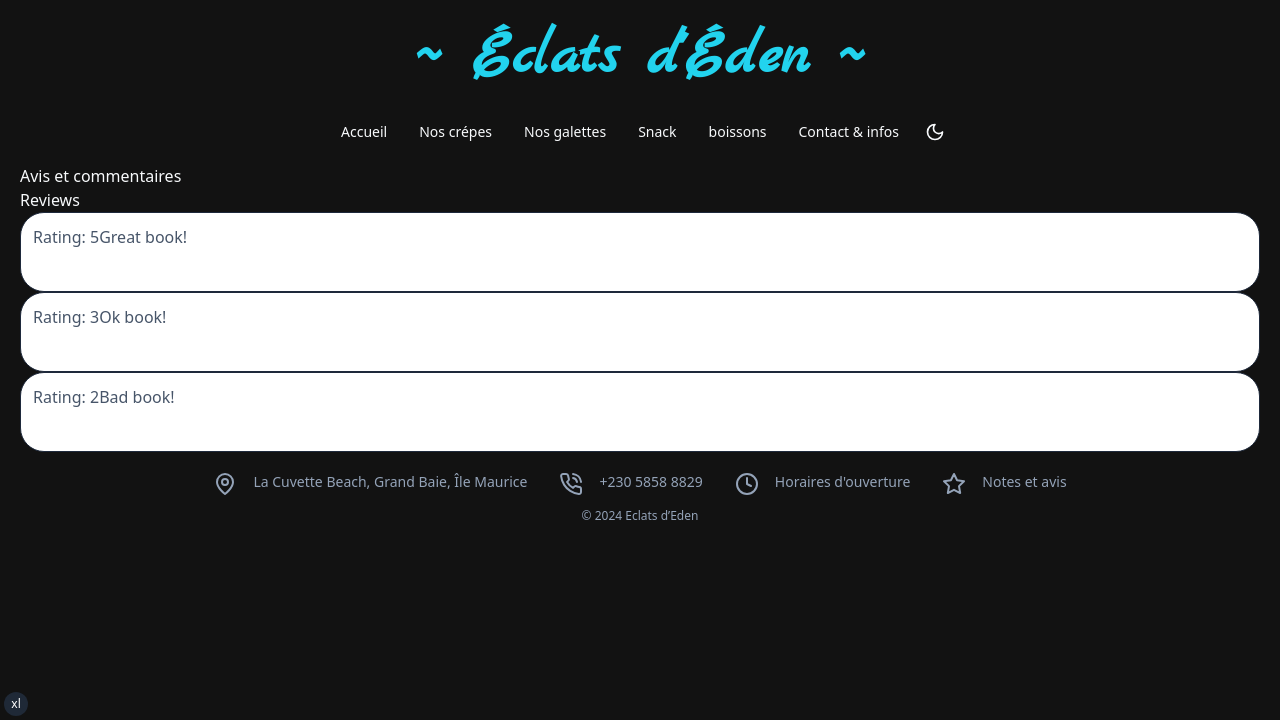
Repository: jeffMauritius/eclats-deden
Page: /reviews
These files come from the project's save history. The page is drawn as it stood at one moment and after the next save; the edit follows.
The browser window is 1280 px wide. The pictures show the whole page.
The project was rebuilt for these pictures with package versions that can differ from the ones it lists, and the page was loaded fresh each time. The framework's server and built-in components were replaced by stand-ins that run in the browser. Also part of the build but not shown: next.config.mjs.

Above is the page before, as saved 2024-08-13 12:37:08.

### app/layout.tsx
// app/layout.
import { Header } from "@/components/layout/Header"
import { TailwindIndicator } from "@/components/TailwindIndicator"
import { SiteConfig } from "@/lib/config"
import { cn } from "@/lib/utils"
import type { Metadata } from "next"
import { Inter, Marck_Script } from "next/font/google"
import { PropsWithChildren } from "react"
import { Providers } from "./Providers"
import "./globals.css"
import { Title } from "@/components/layout/Title"
import { Footer } from "@/components/layout/Footer"

const fontSans = Inter({ subsets: ["latin"], variable: "--font-sans" })
const fontDisplay = Marck_Script({
  subsets: ["latin"],
  variable: "--font-display",
  weight: "400",
})

export const metadata: Metadata = {
  title: SiteConfig.title,
  description: SiteConfig.description,
}

export default function RootLayout({ children }: PropsWithChildren) {
  return (
    <html lang="en" className="h-full" suppressHydrationWarning>
      <head />
      <body
        className={cn(
          `flex flex-col h-screen bg-background font-sans antialiased p-5`,
          fontSans.variable,
          fontDisplay.variable,
        )}
      >
        <Providers>
          <div className="relative flex flex-col">
            <Title title="Éclats d'Éden" />
            <div>
              <Header />
            </div>
            {children}
            <div className="mt-5 md:col-span-3">
              <Footer />
            </div>
          </div>
          <TailwindIndicator />
        </Providers>
      </body>
    </html>
  )
}

### app/reviews/page.tsx
import ReviewsList from "@/components/ReviewsList"

const ReviewsPage = () => {
  return (
    <div>
      <h1>Avis et commentaires</h1>
      <ReviewsList />
    </div>
  )
}

export default ReviewsPage

### src/components/layout/Header.tsx
"use client"

import { ThemeToggle } from "../ThemeToggle"
import NavigationMenuComponent from "./NavigationMenu"

export function Header() {
  return (
    <header className=" z-30 w-full">
      <div className=" container flex  flex-col  items-center space-x-4 pt-3 sm:justify-between sm:space-x-0">
        <div className="flex flex-auto justify-center py-3">
          <NavigationMenuComponent />
          <ThemeToggle />
        </div>
      </div>
    </header>
  )
}

### src/lib/config.ts
export const SiteConfig = {
  title: "Camille snack",
  description: "La Cuvette Beach, Grand Baie, Île Maurice",
} as const

### app/Providers.tsx
"use client"

import { SessionProvider } from "next-auth/react"
import { ThemeProvider } from "next-themes"
import { PropsWithChildren } from "react"
import { Toaster } from "react-hot-toast"

export const Providers = ({ children }: PropsWithChildren) => {
  return (
    <>
      <ThemeProvider attribute="class" defaultTheme="dark" enableSystem>
        <Toaster />
        <SessionProvider>{children}</SessionProvider>
      </ThemeProvider>
    </>
  )
}

### app/globals.css
@tailwind base;
  @tailwind components;
  @tailwind utilities;

  @layer base {
    :root {
      --background: 0 0% 100%;
      --foreground: 222.2 84% 4.9%;

      --card: 0 0% 100%;
      --card-foreground: 222.2 84% 4.9%;

      --popover: 0 0% 100%;
      --popover-foreground: 222.2 84% 4.9%;

      --primary: 222.2 47.4% 11.2%;
      --primary-foreground: 210 40% 98%;

      --secondary: 210 40% 96.1%;
      --secondary-foreground: 222.2 47.4% 11.2%;

      --muted: 210 40% 96.1%;
      --muted-foreground: 215.4 16.3% 46.9%;

      --accent: 210 40% 96.1%;
      --accent-foreground: 222.2 47.4% 11.2%;

      --destructive: 0 84.2% 60.2%;
      --destructive-foreground: 210 40% 98%;

      --border: 214.3 31.8% 91.4%;
      --input: 214.3 31.8% 91.4%;
      --ring: 222.2 84% 4.9%;

      --radius: 0.5rem;
    }

    .dark {
      --background: rgb(10, 11, 10);
      --foreground: 210 40% 98%;

      --card: rgb(10, 11, 10);
      --card-foreground: 210 40% 98%;

      --popover: 222.2 84% 4.9%;
      --popover-foreground: 210 40% 98%;

      --primary: 210 40% 98%;
      --primary-foreground: 222.2 47.4% 11.2%;

      --secondary: 217.2 32.6% 17.5%;
      --secondary-foreground: 210 40% 98%;

      --muted: 217.2 32.6% 17.5%;
      --muted-foreground: 215 20.2% 65.1%;

      --accent: 217.2 32.6% 17.5%;
      --accent-foreground: 210 40% 98%;

      --destructive: 0 62.8% 30.6%;
      --destructive-foreground: 210 40% 98%;

      --border: 217.2 32.6% 17.5%;
      --input: 217.2 32.6% 17.5%;
      --ring: 212.7 26.8% 83.9%;
    }
  }

  @layer base {
    * {
      @apply border-border;
    }
    @font-face {
      font-family: 'Marck Script';
      font-style: normal;
      font-weight: 400;
      font-display: swap;
      src: url(/fonts/MarckScript-Regular.ttf) format('ttf');
    }
    body {
      @apply bg-background text-foreground;
    }
  }

### src/components/layout/Title.tsx
interface TitleProps {
  title: string
}

export function Title({ title }: TitleProps) {
  return (
    <div className="flex flex-auto justify-center ">
      <h1
        className={`pt-2 font-display text-4xl font-bold text-cyan-400 md:text-6xl`}
      >
        {" "}
        {`~ ${title} ~`}
      </h1>
    </div>
  )
}

### src/components/layout/Footer.tsx
import Link from "next/link"
import { Typography } from "../ui/typography"
import { MapPin } from "lucide-react"
import { PhoneCall } from "lucide-react"
import { Clock } from "lucide-react"
import { Star } from "lucide-react"

export const Footer = () => {
  return (
    <footer className="w-6/8 z-40 border-card bg-background">
      <div className="m-auto w-full max-w-4xl px-2 ">
        <div className="flex w-full items-center justify-center">
          <div className="flex gap-8 text-sm text-muted-foreground">
            <Link className="flex hover:underline md:gap-4" href="/location">
              <MapPin />
              <p className="hidden md:block">
                La Cuvette Beach, Grand Baie, Île Maurice
              </p>
            </Link>
            <Link className="flex hover:underline md:gap-4" href="/legal/cgv">
              <PhoneCall />
              <p className="hidden md:block">+230 5858 8829</p>
            </Link>
            <Link className="flex hover:underline md:gap-4" href="/schedule">
              <Clock />
              <p className="hidden md:block">{`Horaires d'ouverture`}</p>
            </Link>
            <Link className="flex hover:underline md:gap-4" href="/reviews">
              <Star />
              <p className="hidden md:block">Notes et avis</p>
            </Link>
          </div>
        </div>
        <div className="flex w-full items-center justify-center py-3">
          <Typography variant="base" className="text-xs text-muted-foreground">
            &copy; {new Date().getFullYear()} Eclats d&rsquo;Eden
          </Typography>
        </div>
      </div>
    </footer>
  )
}

### src/components/ReviewsList.tsx
import ReviewItem from "./ReviewItem"
const reviews = [
  { id: 1, rating: 5, content: "Great book!" },
  { id: 2, rating: 3, content: "Ok book!" },
  { id: 3, rating: 2, content: "Bad book!" },
]

const ReviewsList = () => {
  return (
    <div>
      <h1>Reviews</h1>
      {reviews.map(review => (
        <ReviewItem key={review.id} review={review} />
      ))}
    </div>
  )
}
export default ReviewsList

### src/components/ThemeToggle.tsx
"use client"

import { Button } from "@/components/ui/button"
import { Moon, Sun } from "lucide-react"
import { useTheme } from "next-themes"

export function ThemeToggle() {
  const { setTheme, theme } = useTheme()

  return (
    <Button
      variant="ghost"
      size="icon"
      onClick={() => setTheme(theme === "light" ? "dark" : "light")}
    >
      <Sun className="h-6 w-[1.3rem] dark:hidden" />
      <Moon className="hidden size-5 dark:block" />
      <span className="sr-only">Toggle theme</span>
    </Button>
  )
}

### src/components/layout/NavigationMenu.tsx
"use client"

import {
  NavigationMenu,
  NavigationMenuLink,
  navigationMenuTriggerStyle,
} from "@/components/ui/navigation-menu"
import { navigationData } from "./navigationData"
import { useClientMediaQuery } from "@/lib/isMobileDevice"

const NavigationMenuComponent = () => {
  const isMobile = useClientMediaQuery("(max-width: 600px)")
  return (
    <NavigationMenu>
      {!isMobile &&
        navigationData.map((item, index) => (
          <NavigationMenuLink
            className={navigationMenuTriggerStyle()}
            key={index}
            href={item.link}
          >
            {item.title}
          </NavigationMenuLink>
        ))}
    </NavigationMenu>
  )
}

export default NavigationMenuComponent

### src/components/ui/typography.tsx
// src/components/ui/Typography.
import { VariantProps, cva } from "class-variance-authority"
import type {
  ComponentPropsWithoutRef,
  ElementType,
  PropsWithChildren,
} from "react"
import { cn } from "../../lib/utils"

type PolymorphicAsProp<E extends ElementType> = {
  as?:
    | E
    | React.ComponentType<Omit<ComponentPropsWithoutRef<E>, "as">>
    | React.FunctionComponent<Omit<ComponentPropsWithoutRef<E>, "as">>
}

type PolymorphicProps<E extends ElementType> = PropsWithChildren<
  Omit<ComponentPropsWithoutRef<E>, "as"> & PolymorphicAsProp<E>
>

const typographyVariants = cva("", {
  variants: {
    variant: {
      h1: "font-caption scroll-m-20 text-4xl font-extrabold tracking-tight lg:text-5xl",
      h2: "font-caption scroll-m-20 border-b pb-2 text-3xl font-semibold tracking-tight transition-colors first:mt-0",
      h3: "font-caption scroll-m-20 text-xl font-semibold tracking-tight",
      p: "leading-7 [&:not(:first-child)]:mt-6",
      base: "",
      quote: "mt-6 border-l-2 pl-6 italic",
      code: "relative rounded bg-muted px-[0.3rem] py-[0.2rem] font-mono text-sm font-semibold",
      lead: "text-xl text-muted-foreground",
      large: "text-lg font-semibold",
      small: "text-sm font-medium leading-none",
      muted: "text-sm text-muted-foreground",
      link: "font-medium text-indigo-500 hover:underline",
    },
  },
  defaultVariants: {
    variant: "base",
  },
})
type TypographyCvaProps = VariantProps<typeof typographyVariants>

const defaultElement = "p"

const defaultElementMapping: Record<
  NonNullable<TypographyCvaProps["variant"]>,
  ElementType
> = {
  h1: "h1",
  h2: "h2",
  h3: "h3",
  p: "p",
  quote: "blockquote" as "p",
  code: "code",
  lead: "p",
  large: "p",
  small: "p",
  muted: "p",
  link: "a",
  base: "p",
} as const

const getDefaultElement = (variant: TypographyCvaProps["variant"]) => {}

export function Typography<E extends ElementType = typeof defaultElement>({
  as,
  children,
  className,
  variant,
  ...restProps
}: PolymorphicProps<E> & TypographyCvaProps) {
  const Component: ElementType =
    as ?? defaultElementMapping[variant ?? "base"] ?? defaultElement

  return (
    <Component
      {...(restProps as ComponentPropsWithoutRef<E>)}
      className={cn(typographyVariants({ variant }), className)}
    >
      {children}
    </Component>
  )
}

### src/components/ReviewItem.tsx
type Review = {
  rating: number
  content: string
}
const ReviewItem = ({ review }: { review: Review }) => {
  return (
    <div className="flex min-h-20 rounded-3xl border bg-white p-3 text-slate-600">
      <h3>Rating: {review.rating}</h3>
      <p>{review.content}</p>
    </div>
  )
}

export default ReviewItem

### src/components/ui/button.tsx
import * as React from "react"
import { Slot } from "@radix-ui/react-slot"
import { cva, type VariantProps } from "class-variance-authority"

import { cn } from "@/lib/utils"

const buttonVariants = cva(
  "inline-flex items-center justify-center whitespace-nowrap rounded-md text-sm font-medium ring-offset-background transition-colors focus-visible:outline-none focus-visible:ring-2 focus-visible:ring-ring focus-visible:ring-offset-2 disabled:pointer-events-none disabled:opacity-50",
  {
    variants: {
      variant: {
        default: "bg-primary text-primary-foreground hover:bg-primary/90",
        destructive:
          "bg-destructive text-destructive-foreground hover:bg-destructive/90",
        outline:
          "border border-input bg-background hover:bg-accent hover:text-accent-foreground",
        secondary:
          "bg-secondary text-secondary-foreground hover:bg-secondary/80",
        ghost: "hover:bg-accent hover:text-accent-foreground",
        link: "text-primary underline-offset-4 hover:underline",
      },
      size: {
        default: "h-10 px-4 py-2",
        sm: "h-9 rounded-md px-3",
        lg: "h-11 rounded-md px-8",
        icon: "size-10",
      },
    },
    defaultVariants: {
      variant: "default",
      size: "default",
    },
  },
)

export interface ButtonProps
  extends React.ButtonHTMLAttributes<HTMLButtonElement>,
    VariantProps<typeof buttonVariants> {
  asChild?: boolean
}

const Button = React.forwardRef<HTMLButtonElement, ButtonProps>(
  ({ className, variant, size, asChild = false, ...props }, ref) => {
    const Comp = asChild ? Slot : "button"
    return (
      <Comp
        className={cn(buttonVariants({ variant, size, className }))}
        ref={ref}
        {...props}
      />
    )
  },
)
Button.displayName = "Button"

export { Button, buttonVariants }

### src/components/ui/navigation-menu.tsx
import * as React from "react"
import * as NavigationMenuPrimitive from "@radix-ui/react-navigation-menu"
import { cva } from "class-variance-authority"
import { ChevronDown } from "lucide-react"

import { cn } from "@/lib/utils"

const NavigationMenu = React.forwardRef<
  React.ElementRef<typeof NavigationMenuPrimitive.Root>,
  React.ComponentPropsWithoutRef<typeof NavigationMenuPrimitive.Root>
>(({ className, children, ...props }, ref) => (
  <NavigationMenuPrimitive.Root
    ref={ref}
    className={cn(
      "relative z-10 flex max-w-max flex-1 items-center justify-center",
      className,
    )}
    {...props}
  >
    {children}
    <NavigationMenuViewport />
  </NavigationMenuPrimitive.Root>
))
NavigationMenu.displayName = NavigationMenuPrimitive.Root.displayName

const NavigationMenuList = React.forwardRef<
  React.ElementRef<typeof NavigationMenuPrimitive.List>,
  React.ComponentPropsWithoutRef<typeof NavigationMenuPrimitive.List>
>(({ className, ...props }, ref) => (
  <NavigationMenuPrimitive.List
    ref={ref}
    className={cn(
      "group flex flex-1 list-none items-center justify-center space-x-1",
      className,
    )}
    {...props}
  />
))
NavigationMenuList.displayName = NavigationMenuPrimitive.List.displayName

const NavigationMenuItem = NavigationMenuPrimitive.Item

const navigationMenuTriggerStyle = cva(
  "group inline-flex h-10 w-max items-center justify-center rounded-md bg-background px-4 py-2 text-sm font-medium transition-colors hover:bg-accent hover:text-accent-foreground focus:bg-accent focus:text-accent-foreground focus:outline-none disabled:pointer-events-none disabled:opacity-50 data-[active]:bg-accent/50 data-[state=open]:bg-accent/50",
)

const NavigationMenuTrigger = React.forwardRef<
  React.ElementRef<typeof NavigationMenuPrimitive.Trigger>,
  React.ComponentPropsWithoutRef<typeof NavigationMenuPrimitive.Trigger>
>(({ className, children, ...props }, ref) => (
  <NavigationMenuPrimitive.Trigger
    ref={ref}
    className={cn(navigationMenuTriggerStyle(), "group", className)}
    {...props}
  >
    {children}{" "}
    <ChevronDown
      className="relative top-px ml-1 size-3 transition duration-200 group-data-[state=open]:rotate-180"
      aria-hidden="true"
    />
  </NavigationMenuPrimitive.Trigger>
))
NavigationMenuTrigger.displayName = NavigationMenuPrimitive.Trigger.displayName

const NavigationMenuContent = React.forwardRef<
  React.ElementRef<typeof NavigationMenuPrimitive.Content>,
  React.ComponentPropsWithoutRef<typeof NavigationMenuPrimitive.Content>
>(({ className, ...props }, ref) => (
  <NavigationMenuPrimitive.Content
    ref={ref}
    className={cn(
      "left-0 top-0 w-full data-[motion^=from-]:animate-in data-[motion^=to-]:animate-out data-[motion^=from-]:fade-in data-[motion^=to-]:fade-out data-[motion=from-end]:slide-in-from-right-52 data-[motion=from-start]:slide-in-from-left-52 data-[motion=to-end]:slide-out-to-right-52 data-[motion=to-start]:slide-out-to-left-52 md:absolute md:w-auto ",
      className,
    )}
    {...props}
  />
))
NavigationMenuContent.displayName = NavigationMenuPrimitive.Content.displayName

const NavigationMenuLink = NavigationMenuPrimitive.Link

const NavigationMenuViewport = React.forwardRef<
  React.ElementRef<typeof NavigationMenuPrimitive.Viewport>,
  React.ComponentPropsWithoutRef<typeof NavigationMenuPrimitive.Viewport>
>(({ className, ...props }, ref) => (
  <div className={cn("absolute left-0 top-full flex justify-center")}>
    <NavigationMenuPrimitive.Viewport
      className={cn(
        "origin-top-center relative mt-1.5 h-[var(--radix-navigation-menu-viewport-height)] w-full overflow-hidden rounded-md border bg-popover text-popover-foreground shadow-lg data-[state=open]:animate-in data-[state=closed]:animate-out data-[state=closed]:zoom-out-95 data-[state=open]:zoom-in-90 md:w-[var(--radix-navigation-menu-viewport-width)]",
        className,
      )}
      ref={ref}
      {...props}
    />
  </div>
))
NavigationMenuViewport.displayName =
  NavigationMenuPrimitive.Viewport.displayName

const NavigationMenuIndicator = React.forwardRef<
  React.ElementRef<typeof NavigationMenuPrimitive.Indicator>,
  React.ComponentPropsWithoutRef<typeof NavigationMenuPrimitive.Indicator>
>(({ className, ...props }, ref) => (
  <NavigationMenuPrimitive.Indicator
    ref={ref}
    className={cn(
      "top-full z-[1] flex h-1.5 items-end justify-center overflow-hidden data-[state=visible]:animate-in data-[state=hidden]:animate-out data-[state=hidden]:fade-out data-[state=visible]:fade-in",
      className,
    )}
    {...props}
  >
    <div className="relative top-[60%] size-2 rotate-45 rounded-tl-sm bg-border shadow-md" />
  </NavigationMenuPrimitive.Indicator>
))
NavigationMenuIndicator.displayName =
  NavigationMenuPrimitive.Indicator.displayName

export {
  navigationMenuTriggerStyle,
  NavigationMenu,
  NavigationMenuList,
  NavigationMenuItem,
  NavigationMenuContent,
  NavigationMenuTrigger,
  NavigationMenuLink,
  NavigationMenuIndicator,
  NavigationMenuViewport,
}

### src/components/layout/navigationData.ts
export const navigationData = [
    {
        title: "Accueil",
        link: "/",
    },
    {
        title: "Nos crépes",
        link: "/crepes",
    },
    {
        title: "Nos galettes",
        link: "/galettes",
    },
    {
        title: "Snack",
        link: "/snack",
    },
    {
        title: "boissons",
        link: "/boissons",
    },
    {
        title: "Contact & infos",
        link: "/location",
    },

]

export const navigationDataMobile = [
    {
        title: "Accueil",
        link: "/",
    },
    {
        title: "Horaires d'ouverture",
        link: "/schedule",
    },
    {
        title: "Contact & infos",
        link: "/location",
    },

]

### src/lib/isMobileDevice.ts
'use client'

import { useEffect, useState } from 'react'

export function useClientMediaQuery(query: string) {
  const [matches, setMatches] = useState(false)

  useEffect(() => {
    const mediaQueryList = window.matchMedia(query)

    const handleMatchChange = (e: MediaQueryListEvent) => {
      setMatches(e.matches)
    }

    mediaQueryList.addEventListener('change', handleMatchChange)
    setMatches(mediaQueryList.matches)

    return () => {
      mediaQueryList.removeEventListener('change', handleMatchChange)
    }
  }, [query])

  return matches
}

### tailwind.config.ts
import type { Config } from "tailwindcss"

const config = {
  darkMode: ["class"],
  content: [
    "./pages/**/*.{ts,tsx}",
    "./components/**/*.{ts,tsx}",
    "./app/**/*.{ts,tsx}",
    "./src/**/*.{ts,tsx}",
  ],
  prefix: "",
  theme: {
    container: {
      center: true,
      padding: "2rem",
      screens: {
        "2xl": "1400px",
      },
    },
    fontFamily: {
      'display': ['"Marck Script"', 'cursive'],
      'body': ['"Open Sans"', 'sans-serif'],
    },
    extend: {
      colors: {
        border: "hsl(var(--border))",
        input: "hsl(var(--input))",
        ring: "hsl(var(--ring))",
        background: "hsl(var(--background))",
        foreground: "hsl(var(--foreground))",
        primary: {
          DEFAULT: "hsl(var(--primary))",
          foreground: "hsl(var(--primary-foreground))",
        },
        secondary: {
          DEFAULT: "hsl(var(--secondary))",
          foreground: "hsl(var(--secondary-foreground))",
        },
        destructive: {
          DEFAULT: "hsl(var(--destructive))",
          foreground: "hsl(var(--destructive-foreground))",
        },
        muted: {
          DEFAULT: "hsl(var(--muted))",
          foreground: "hsl(var(--muted-foreground))",
        },
        accent: {
          DEFAULT: "hsl(var(--accent))",
          foreground: "hsl(var(--accent-foreground))",
        },
        popover: {
          DEFAULT: "hsl(var(--popover))",
          foreground: "hsl(var(--popover-foreground))",
        },
        card: {
          DEFAULT: "hsl(var(--card))",
          foreground: "hsl(var(--card-foreground))",
        },
      },
      borderRadius: {
        lg: "var(--radius)",
        md: "calc(var(--radius) - 2px)",
        sm: "calc(var(--radius) - 4px)",
      },
      keyframes: {
        "accordion-down": {
          from: { height: "0" },
          to: { height: "var(--radix-accordion-content-height)" },
        },
        "accordion-up": {
          from: { height: "var(--radix-accordion-content-height)" },
          to: { height: "0" },
        },
      },
      animation: {
        "accordion-down": "accordion-down 0.2s ease-out",
        "accordion-up": "accordion-up 0.2s ease-out",
      },
    },
  },
  plugins: [require("tailwindcss-animate")],
} satisfies Config

export default config

Loaded but not shown: src/components/TailwindIndicator.tsx (common file); src/lib/utils.ts (common file)

After the next save:
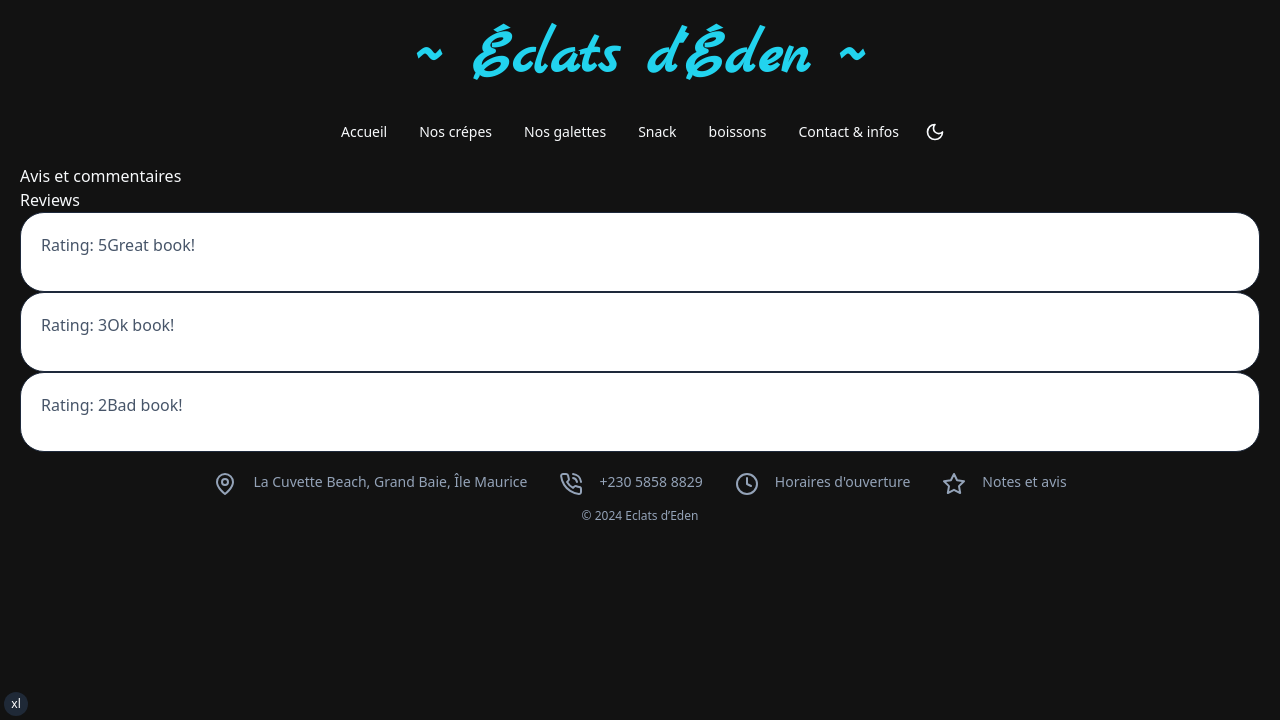
Saved 16 s later.
--- a/src/components/ReviewItem.tsx
+++ b/src/components/ReviewItem.tsx
@@ -4,7 +4,7 @@ type Review = {
 }
 const ReviewItem = ({ review }: { review: Review }) => {
   return (
-    <div className="flex min-h-20 rounded-3xl border bg-white p-3 text-slate-600">
+    <div className="flex min-h-20 rounded-3xl border bg-white p-5 text-slate-600">
       <h3>Rating: {review.rating}</h3>
       <p>{review.content}</p>
     </div>
